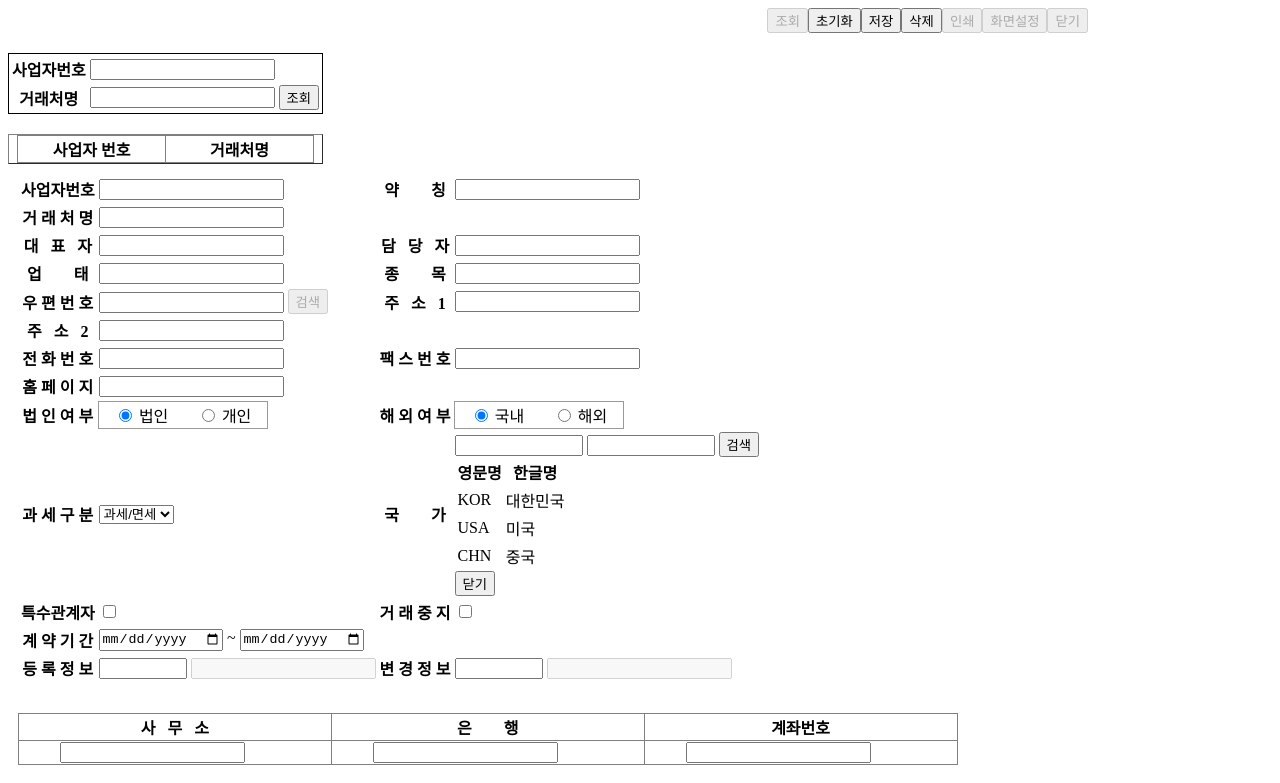
Repository: Chocobe/-practice-FrontSide-Tip
Page: http://localhost/wishTestProject/views/accountManager/accountManagerView.jsp
The author's editor kept a copy of each file at every save. The page is drawn from the files as they stood at one save, then again after the next save.
The browser window is 1280 px wide. The pictures show the whole page.
The page is served by Tomcat 9. Nobody is signed in. The application's start-up code is not run. Other server files are loaded and not shown.

Above is the page before, as saved 2020-02-27 07:58:05.

### wishTest/wishTestProject/WebContent/views/accountManager/accountManagerView.jsp
<%@page import="java.util.Date"%>
<%@page import="java.io.File"%>
<%@ page
	language="java"
	contentType="text/html;charset=UTF-8"
	pageEncoding="UTF-8"

	info="거래처 관리 페이지"
%>

<%@ taglib prefix="c" uri="http://java.sun.com/jsp/jstl/core" %>

<c:set var="contextPath" value="<%= request.getContextPath() %>"/>


<%
	String accountManagerView_css = application.getRealPath("/css/accountManager/accountManagerView.css");
	File accountManagerView_css_file = new File(accountManagerView_css);
	Date accountManagerView_css_ver = new Date(accountManagerView_css_file.lastModified());

	String accountManagerView_js = application.getRealPath("/js/accountManager/accountManagerView.js");
	File accountManagerView_js_file = new File(accountManagerView_js);
	Date accountManagerView_js_ver = new Date(accountManagerView_js_file.lastModified());
%>

<c:set var="accountManagerView_css_ver" value="<%= accountManagerView_css_ver %>"/>
<c:set var="accountManagerView_js_ver" value="<%= accountManagerView_js_ver %>"/>


<!DOCTYPE html>
<html lang="ko">
    <head>
        <meta charset="UTF-8">
        <title>거래처 관리</title>

        <link href="${contextPath}/css/accountManager/accountManagerView.css?ver=${accountManagerView_css_ver}" rel="stylesheet" type="text/css">
    </head>

    <body>
        <div class="wrap">
            <!-- 버튼 컨테이너 -->
            <div class="buttonContainer">
                <input type="button" class="search" value="조회" disabled>
                <input type="button" class="init" value="초기화" onclick="initPage(`${contextPath}`);">
                <input type="button" class="insert" value="저장" onclick="insertData(`${contextPath}`);">
                <input type="button" class="delete" value="삭제" onclick="deleteData(`${contextPath}`);">
                <input type="button" class="print" value="인쇄" disabled>
                <input type="button" class="config" value="화면설정" disabled>
                <input type="button" class="close" value="닫기" disabled>
            </div>


            <!-- 검색 컨테이너 -->
            <div class="searchContainer">
                <!-- 검색창 -->
                <div class="searchInnerContainer">
                    <table>
                        <tr>
                            <th>사업자번호</th>

                            <td>
                                <input type="text" name="voBusiNum" class="searchVoBusiNum">
                            </td>

                            <td></td>
                        </tr>

                        <tr>
                            <th>거래처명</th>

                            <td>
                                <input type="text" name="voCustom" class="searchVoCustom">
                            </td>

                            <td>
                                <input type="submit" value="조회" onclick="searchData(`${contextPath}`);">
                            </td>
                        </tr>
                    </table>
                </div>


                <!-- 검색 결과창 -->
                <div class="resultContainer">
                    <table border="1" style="border-collapse: collapse">
                        <tr>
                            <th>사업자 번호</th>
                            <th>거래처명</th>
                        </tr>
                    </table>
                </div>
            </div>


            <!-- 입력 컨테이너 -->
            <!-- "저장"버튼 - js로 submit() -->
            <div class="insertContainer">
                <form class="insertForm" action="${contextPath}/insertCustom.do" method="POST">
                    <table>
                        <tr>
                            <th>사업자번호</th>

                            <td>
                                <input type="text" name="voBusiNum" class="voBusiNum">
                                <input type="hidden" name="voBusiNumOrigin" class="voBusiNumOrigin">
                            </td>


                            <th>약&nbsp;&nbsp;&nbsp;&nbsp;&nbsp;&nbsp;&nbsp;&nbsp;칭</th>

                            <td>
                                <input type="text" name="voShort" class="voShort">
                            </td>
                        </tr>

                        <tr>
                            <th>거 래 처 명</th>

                            <td colspan="4">
                                <input type="text" name="voCustom" class="voCustom longBox">
                            </td>
                        </tr>

                        <tr>
                            <th>대&nbsp;&nbsp;&nbsp;표&nbsp;&nbsp;&nbsp;자</th>

                            <td>
                                <input type="text" name="voCEO" class="voCEO">
                            </td>


                            <th>담&nbsp;&nbsp;&nbsp;당&nbsp;&nbsp;&nbsp;자</th>

                            <td>
                                <input type="text" name="voChargePerson" class="voChargePerson">
                            </td>
                        </tr>

                        <tr>
                            <th>업&nbsp;&nbsp;&nbsp;&nbsp;&nbsp;&nbsp;&nbsp;&nbsp;태</th>

                            <td>
                                <input type="text" name="voBusiCondition" class="voBusiCondition">
                            </td>


                            <th>종&nbsp;&nbsp;&nbsp;&nbsp;&nbsp;&nbsp;&nbsp;&nbsp;목</th>

                            <td>
                                <input type="text" name="voItem" class="voItem">
                            </td>
                        </tr>

                        <tr>
                            <th>우 편 번 호</th>

                            <td>
                                <input type="text" name="voPostNum" class="voPostNum">
                                <input type="button" class="postSearchButton" value="검색" disabled>
                            </td>

                            <th>주&nbsp;&nbsp;&nbsp;소&nbsp;&nbsp;&nbsp;1</th>

                            <td>
                                <input type="text" name="voAddr1" class="voAddr1">
                            </td>
                        </tr>

                        <tr>
                            <th>주&nbsp;&nbsp;&nbsp;소&nbsp;&nbsp;&nbsp;2</th>

                            <td colspan="3">
                                <input type="text" name="voAddr2" class="voAddr2">
                            </td>
                        </tr>

                        <tr>
                            <th>전 화 번 호</th>

                            <td>
                                <input type="text" name="voTEL" class="voTEL">
                            </td>

                            <th>팩 스 번 호</th>

                            <td>
                                <input type="text" name="voFAX" class="voFAX">
                            </td>
                        </tr>

                        <tr>
                            <th>홈 페 이 지</th>

                            <td colspan="3">
                                <input type="text" name="voHomePage" class="voHomePage">
                            </td>
                        </tr>

                        <tr>
                            <th>법 인 여 부</th>

                            <td class="alignTD" style="border: 1px solid #999;">
                                <div class="radioWrap">
                                    <input type="radio" name="voCoYN" class="voCoYN voCoYN_Y" id="voCoYN_L" value="Y" checked>
                                    <label for="voCoYN_L">법인</label>
                                </div>

                                <div class="radioWrap">
                                    <input type="radio" name="voCoYN" class="voCoYN voCoYN_N" id="voCoYN_P" value="N">
                                    <label for="voCoYN_P">개인</label>
                                </div>
                            </td>

                            <th>해 외 여 부</th>

                            <td class="alignTD" style="border: 1px solid #999;">
                                <div class="radioWrap">
                                    <input type="radio" name="voForeignYN" class="voForeignYN voForeignYN_N" id="voForeignYN_L" value="N" checked>
                                    <label for="voForeignYN_L">국내</label>
                                </div>

                                <div class="radioWrap">
                                    <input type="radio" name="voForeignYN" class="voForeignYN voForeignYN_Y" id="voForeignYN_P" value="Y">
                                    <label for="voForeignYN_P">해외</label>
                                </div>
                            </td>
                        </tr>

                        <tr>
                            <th>과 세 구 분</th>

                            <td>
                                <select name="voTaxYN" class="voTaxYN">
                                    <option value="Y" selected>과세/면세</option>
                                    <option value="N">비과세</option>
                                </select>
                            </td>

                            <th>국&nbsp;&nbsp;&nbsp;&nbsp;&nbsp;&nbsp;&nbsp;&nbsp;가</th>

                            <td>
                                <!-- 수정불가로 변경할 것 -->
                                <input type="text" name="voCountryENG" class="voCountryENG">
                                <input type="text" name="voCountryKOR" class="voCountryKOR">

                                <!-- js로 국가 목록 출력 & 위의 입력값에 대입 -->
                                <input type="button" value="검색" onclick="">

                                <div class="countryPop">
                                    <table>
                                        <tr>
                                            <th>영문명</th>
                                            <th>한글명</th>
                                        </tr>

                                        <tr>
                                            <td>KOR</td>
                                            <td>대한민국</td>
                                        </tr>

                                        <tr>
                                            <td>USA</td>
                                            <td>미국</td>
                                        </tr>

                                        <tr>
                                            <td>CHN</td>
                                            <td>중국</td>
                                        </tr>
                                    </table>

                                    <input type="button" class="countryPopCloseButton" value="닫기" onclick="">
                                </div>
                            </td>
                        </tr>

                        <tr>
                            <th>특수관계자</th>

                            <td>
                                <input type="checkbox" name="voSpecialRelation" class="voSpecialRelation" value="Y">
                            </td>

                            <th>거 래 중 지</th>

                            <td>
                                <input type="checkbox" name="voTradeStop" class="voTradeStop" value="Y">
                            </td>
                        </tr>

                        <tr>
                            <th>계 약 기 간</th>

                            <td colspan="3">
                                <input type="date" name="voContractPeriod_S" class="voContractPeriod_S">
                                ~
                                <input type="date" name="voContractPeriod_E" class="voContractPeriod_E">
                            </td>
                        </tr>

                        <tr>
                            <th>등 록 정 보</th>

                            <td>
                                <input type="text" name="voRegiInfoMan" class="voRegiInfoMan">
                                <input type="text" name="voRegiInfoDate" class="voRegiInfoDate" disabled>
                            </td>

                            <th>변 경 정 보</th>

                            <td>
                                <input type="text" name="voModiInfoMan" class="voModiInfoMan">
                                <input type="text" name="voModiInfoDate" class="voModiInfoDate" disabled>
                            </td>
                        </tr>
                    </table>


                    <!-- 거래처 계좌정보 -->
                    <table class="accountInfoTable" border="1" style="border-collapse: collapse;">
                        <tr>
                            <th>사&nbsp;&nbsp;&nbsp;무&nbsp;&nbsp;&nbsp;소</th>
                            <th>은&nbsp;&nbsp;&nbsp;&nbsp;&nbsp;&nbsp;&nbsp;&nbsp;행</th>
                            <th>계좌번호</th>
                        </tr>

                        <tr>
                            <td>
                                <input type="text" name="voFactory" class="voFactory">
                            </td>

                            <td>
                                <input type="text" name="voTradeBank" class="voTradeBank">
                            </td>

                            <td>
                                <input type="text" name="voAccountNum" class="voAccountNum">
                            </td>
                        </tr>
                    </table>
                </form>
            </div>
        </div>


        <script src="http://code.jquery.com/jquery-latest.min.js"></script>
        <script src="${contextPath}/js/accountManager/accountManagerView.js?ver=${accountManagerView_js_ver}" type="text/javascript"></script>
    </body>
</html>

### wishTest/wishTestProject/WebContent/css/accountManager/accountManagerView.css
@charset "UTF-8";

/* .wrap */
    .wrap {
        width: 1080px;

        display: flex;
        flex-flow: row wrap;

        position: relative;
    }


/* .buttonContainer */
    .buttonContainer {
        width: 100%;

        margin-bottom: 20px;

        display: flex;
        flex-flow: row wrap;
        justify-content: flex-end;
    }


/* .searchContainer */
    .searchContainer {
        margin-right: 10px;
        position: relative;
    }


    /* .searchInnerContainer */
    .searchContainer .searchInnerContainer {
        border: 1px solid #000;

        margin-bottom: 20px;
    }


    /* .resultContainer */
    .searchContainer .resultContainer {
    }

    .searchContainer .resultContainer table {
        display: flex;
        justify-content: center;
    }

    .searchContainer .resultContainer table tr th,
    .searchContainer .resultContainer table tr td {
        width: 145px;

        text-align: center;
    }



    .insertContainer .insertForm {
        padding: 10px;
    }

    .insertContainer .insertForm tr .alignTD {
        width: 166px;

        display: flex;
        flex-flow: row wrap;
        justify-content: space-around;
    }

    .insertContainer .insertForm .voCountryENG,
    .insertContainer .insertForm .voCountryKOR {
        width: 120px;
    }


    .insertContainer .insertForm .countryPop {
    	width: 500px;
    }



    /* .accountInfoTable */
    .accountInfoTable {
        width: 100%;

        margin-top: 30px;
    }

    .accountInfoTable tr td input {
        margin-left: 40px;
        text-align: center;
    }

    .voRegiInfoMan,
    .voModiInfoMan {
    	width: 80px;
    }

### wishTest/wishTestProject/WebContent/js/accountManager/accountManagerView.js
let parsedJSON = null;
let insertButtonURL;

const insertURL = "/insertAccountManagerData.do";
const updateURL = "/updateAccountManagerData.do";

// 초기화
$(function() {
	insertButtonURL = insertURL;
});


// 입력창 초기화
	function initPage(context) {
		location.href = context + "/accountManagerView.do";
	}


// 거래처 검색버튼 메서드
	function searchData(context) {
		const resultContainerTable = $(".resultContainer").children("table").children("tbody");

		const voBusiNum = $(".searchVoBusiNum").val();
		const voCustom = $(".searchVoCustom").val();

		$.ajax({
			type: "POST",
			async: true,
			url: context + "/searchAccountManagerData.do",
			dataType: "TEXT",
			data: {
				"voBusiNum": voBusiNum,
				"voCustom": voCustom
			},
			success: function(jsonString, status) {
				insertButtonURL = updateURL;

				parsedJSON = JSON.parse(jsonString);
				$(".searchCustomData").remove();

				if(parsedJSON == null) {
					alert("데이터를 찾을 수 없습니다.");
					return;
				}

				const tr = $("<tr>").attr({
					"class": "searchCustomData",
				});
				const newBusiNum = $("<td>").text(parsedJSON.customVO.voBusiNum);
				const newCustom = $("<td>").text(parsedJSON.customVO.voCustom);

				$(tr).dblclick(function() {
					viewTotalData();
					alert(insertButtonURL);
				});


				$(tr).append(newBusiNum);
				$(tr).append(newCustom);

				$(resultContainerTable).append(tr);

				/* 출력형식
	            <tr class="searchCustomData">
	                <td>111-11-11111</td>
	                <td>롯데마트</td>
	            </tr>
	            */
			}
		});
	}


	function viewTotalData() {
		/* CUSTOM 데이터 */
		$(".voBusiNum").val(parsedJSON.customVO.voBusiNum);
		$(".voBusiNumOrigin").val(parsedJSON.customVO.voBusiNum);
		$(".voCustom").val(parsedJSON.customVO.voCustom);
		$(".voShort").val(parsedJSON.customVO.voShort);

		$(".voCEO").val(parsedJSON.customVO.voCEO);
		$(".voChargePerson").val(parsedJSON.customVO.voChargePerson);
		$(".voBusiCondition").val(parsedJSON.customVO.voBusiCondition);
		$(".voItem").val(parsedJSON.customVO.voItem);
		$(".voPostNum").val(parsedJSON.customVO.voPostNum);

		$(".voAddr1").val(parsedJSON.customVO.voAddr1);
		$(".voAddr2").val(parsedJSON.customVO.voAddr2); // jj

		$(".voTEL").val(parsedJSON.customVO.voTEL);
		$(".voFAX").val(parsedJSON.customVO.voFAX);
		$(".voHomePage").val(parsedJSON.customVO.voHomePage);


		const voCoYN = parsedJSON.customVO.voCoYN;
		if(voCoYN == "N") {
			$(".voCoYN_N").prop("checked", true);
		}

		const voForeignYN = parsedJSON.customVO.voForeignYN;
		if(voForeignYN == "Y") {
			$(".voForeignYN_Y").prop("checked", true);
		}

		const voTaxYN = parsedJSON.customVO.voTaxYN;
		if(voTaxYN == "N") {
			$(".voTaxYN").val("N");
		}

		$(".voCountryENG").val(parsedJSON.customVO.voCountryENG);
		$(".voCountryKOR").val(parsedJSON.customVO.voCountryKOR);

		const voSpecialRelation = parsedJSON.customVO.voSpecialRelation;
		if(voSpecialRelation == "Y") {
			$(".voSpecialRelation").prop("checked", true);
		}

		const voTradeStop = parsedJSON.customVO.voTradeStop;
		if(voTradeStop == "Y") {
			$(".voTradeStop").prop("checked", true);
		}

		$(".voContractPeriod_S").val(parsedJSON.customVO.voContractPeriod_S_String);
		$(".voContractPeriod_E").val(parsedJSON.customVO.voContractPeriod_E_String);

		$(".voRegiInfoMan").val(parsedJSON.customVO.voRegiInfoMan);
		$(".voRegiInfoDate").val(parsedJSON.customVO.voRegiInfoDate_String);

		$(".voModiInfoMan").val(parsedJSON.customVO.voModiInfoMan);
		$(".voModiInfoDate").val(parsedJSON.customVO.voModiInfoDate_String);

		/* ACCOUNT 데이터 */
		$(".voFactory").val(parsedJSON.accountVO.voFactory);
		$(".voTradeBank").val(parsedJSON.accountVO.voTradeBank);
		$(".voAccountNum").val(parsedJSON.accountVO.voAccountNum);
	}


// 거래처 데이터 저장버튼 메서드
	function insertData(context) {
		$.ajax({
			type: "POST",
			async: true,
			url: context + insertButtonURL,
			dataType: "TEXT",
			data: {
				"voBusiNum": $(".voBusiNum").val(),
				"voBusiNumOrigin": $(".voBusiNumOrigin").val(),
				"voCustom": $(".voCustom").val(),
				"voShort": $(".voShort").val(),

				"voCEO": $(".voCEO").val(),
				"voChargePerson": $(".voChargePerson").val(),
				"voBusiCondition": $(".voBusiCondition").val(),
				"voItem": $(".voItem").val(),
				"voPostNum": $(".voPostNum").val(),

				"voAddr1": $(".voAddr1").val(),
				"voAddr2": $(".voAddr2").val(),

				"voTEL": $(".voTEL").val(),
				"voFAX": $(".voFAX").val(),
				"voHomePage": $(".voHomePage").val(),

				"voCoYN": $(".voCoYN:checked").val(),
				"voForeignYN": $(".voForeignYN:checked").val(),
				"voTaxYN": $(".voTaxYN").val(),

				"voCountryENG": $(".voCountryENG").val(),
				"voCountryKOR": $(".voCountryKOR").val(),

				"voSpecialRelation": $(".voSpecialRelation:checked").val(),
				"voTradeStop": $(".voTradeStop:checked").val(),

				"voContractPeriod_S": $(".voContractPeriod_S").val(),
				"voContractPeriod_E": $(".voContractPeriod_E").val(),

				"voRegiInfoMan": $(".voRegiInfoMan").val(),
				"voRegiInfoDate": $(".voRegiInfoDate").val(),
				"voModiInfoMan": $(".voModiInfoMan").val(),
				"voModiInfoDate": $(".voModiInfoDate").val(),

				"voFactory": $(".voFactory").val(),
				"voTradeBank": $(".voTradeBank").val(),
				"voAccountNum": $(".voAccountNum").val()
			},
			success: function(result, status) {
				if(result == 1) {
					alert("데이터 저장 완료");

				} else {
					alert("데이터 저장 실패...");
				}

				location.href = context + "/accountManagerView.do";
			}
		});
	}


// 거래처 데이터 삭제버튼 메서드
	function deleteData(context) {
		const voBusiNum = $(".voBusiNum").val();

		$.ajax({
			type: "POST",
			async: true,
			url: context + "/deleteAccountManagerData.do",
			dataType: "TEXT",
			data: {
				"voBusiNum": voBusiNum
			},
			success: function(resultValue, status) {
				if(resultValue > 0) {
					alert(voBusiNum + " 데이터가 삭제 되었습니다.");
					location.href = context + "/accountManagerView.do";

				} else {
					alert(voBusiNum + " (은)는 존재하지 않는 데이터 입니다.");
				}
			}
		});
	}

After the next save:
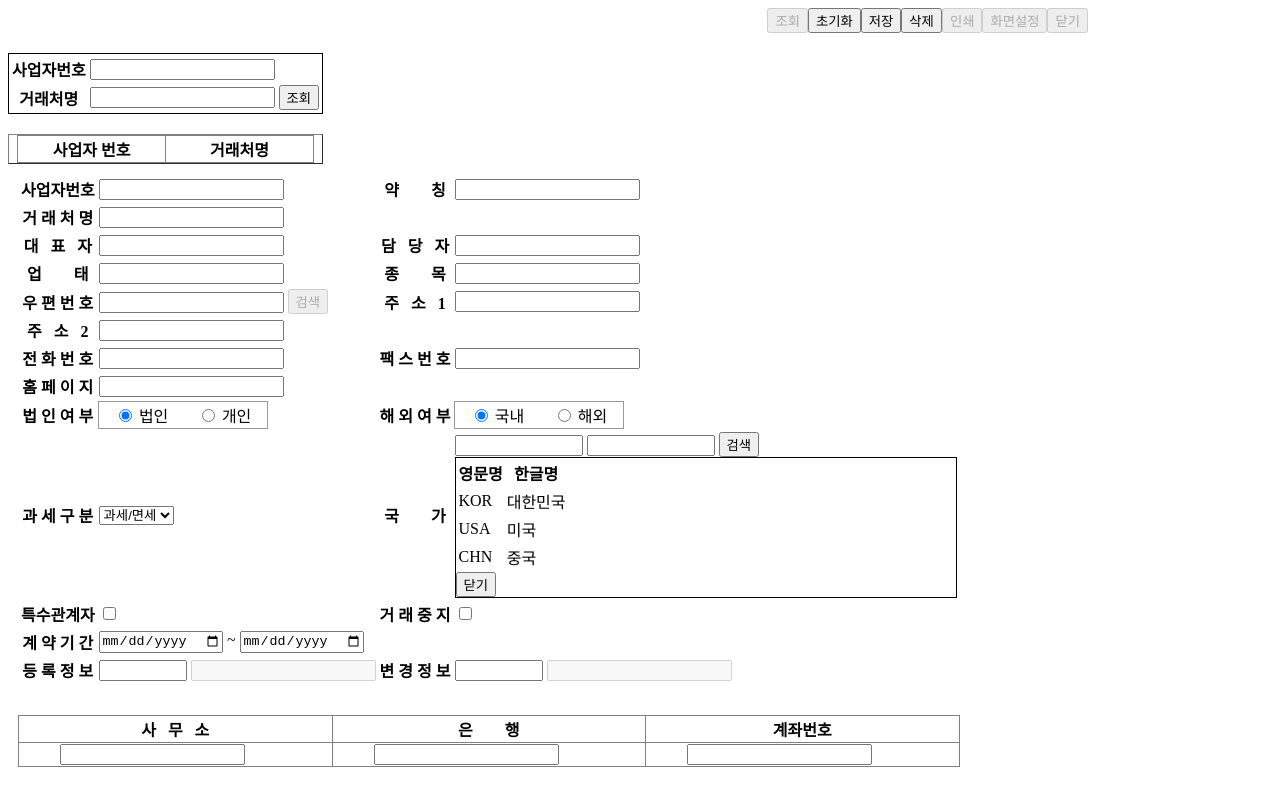
Saved 8 s later.
--- a/wishTest/wishTestProject/WebContent/css/accountManager/accountManagerView.css
+++ b/wishTest/wishTestProject/WebContent/css/accountManager/accountManagerView.css
@@ -76,6 +76,8 @@
 
     .insertContainer .insertForm .countryPop {
     	width: 500px;
+
+    	border: 1px solid #000;
     }
 
 
